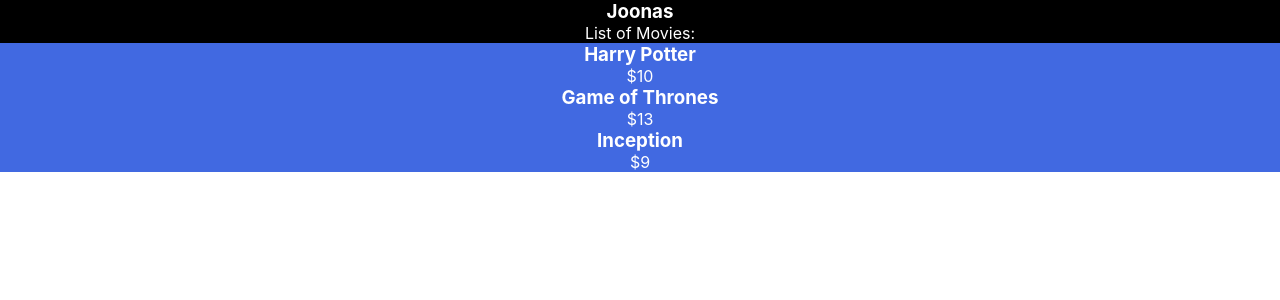
Repository: SubmergedSnake/react-usecontext
Page: /
These files come from the project's save history. The page is drawn as it stood at one moment and after the next save; the edit follows.
The browser window is 1280 px wide. The pictures show the whole page.
The project was rebuilt for these pictures with package versions that can differ from the ones it lists, and the page was loaded fresh each time.

Above is the page before, as saved 2020-11-21 18:34:16.

After the next save:
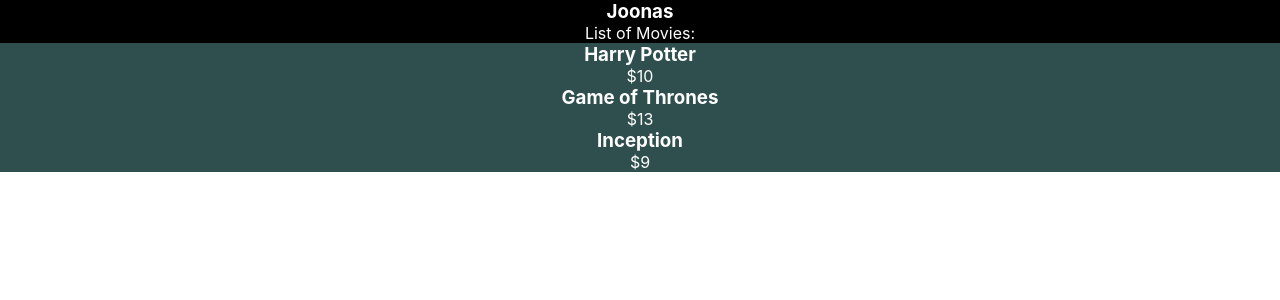
Saved 22 s later.
--- a/src/MovieList.js
+++ b/src/MovieList.js
@@ -2,7 +2,7 @@
 import Movie from './Movie';
 
 const listStyle = {
-    background: 'royalblue'
+    background: 'darkslategray'
 }
 
 const MovieList = () => {
